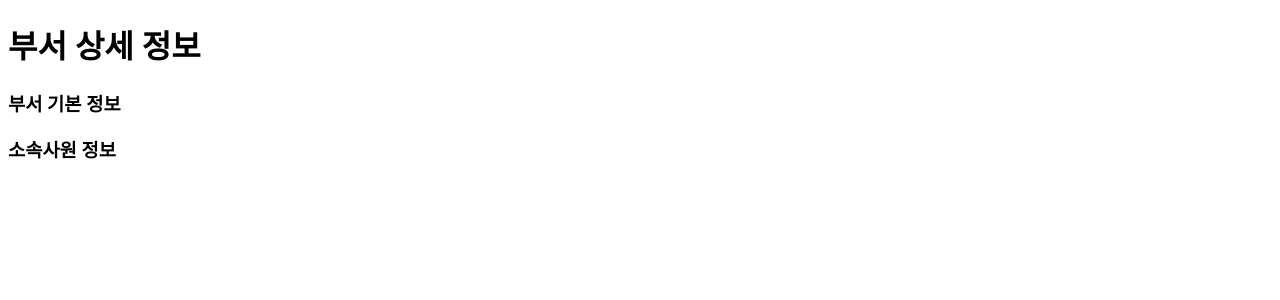
Repository: onuo77/HTA
Page: http://localhost/sample/hr/dept/detail.jsp
The author's editor kept a copy of each file at every save. The page is drawn from the files as they stood at one save, then again after the next save.
The browser window is 1280 px wide. The pictures show the whole page.
The page is served by Tomcat 9.

Above is the page before, as saved 2021-05-21 00:41:03.

After the next save:
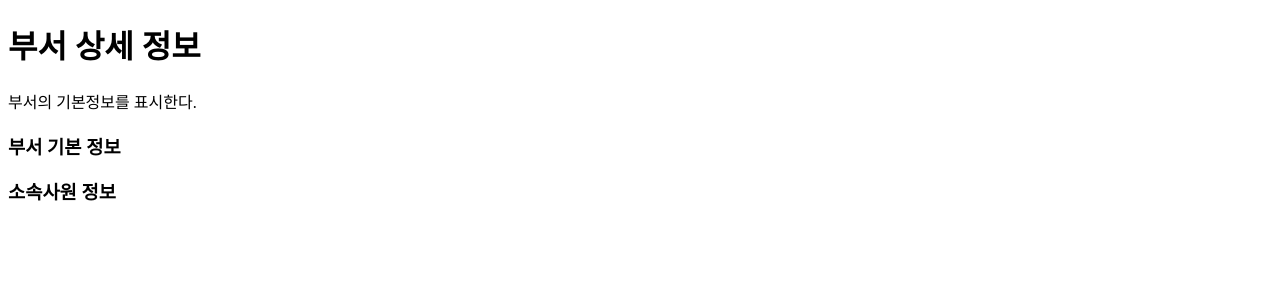
Saved 34 s later.
--- a/java-web/sample/src/main/webapp/hr/dept/detail.jsp
+++ b/java-web/sample/src/main/webapp/hr/dept/detail.jsp
@@ -8,6 +8,9 @@
 </head>
 <body>
 	<h1>부서 상세 정보</h1>
+	<p>
+		부서의 기본정보를 표시한다.
+	</p>
 
 	<h3>부서 기본 정보</h3>
 
